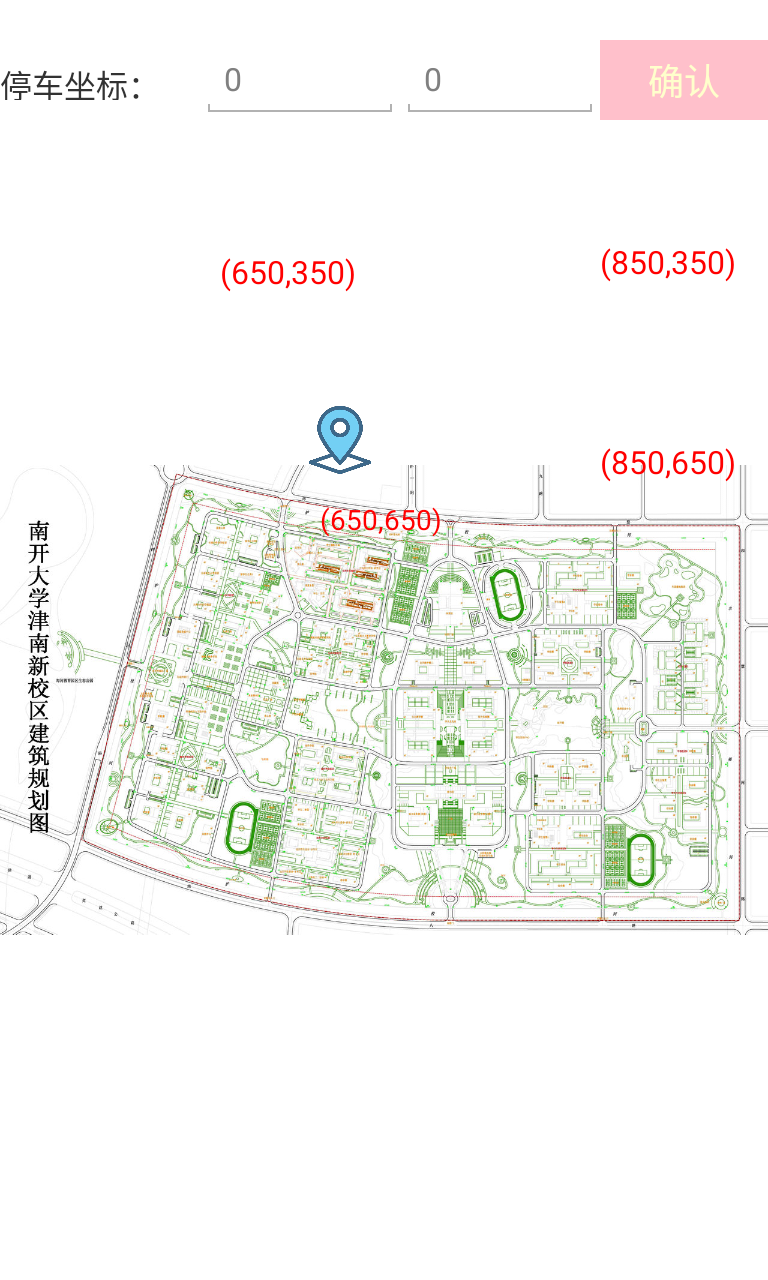
Repository: CovaWang/temporary_embedded
Layout: 7#车联·共享单车/代码/代码/res/layout/compass.xml
An editor plug-in stored every save of this project. The layout is shown before and after the next save, followed by the edit.
It is drawn on a 768 x 1280 px phone screen (xhdpi) without system bars, with theme AppTheme; the app's code is not run.

Above is the layout before, as saved 2024-05-08 11:18:56.

After the next save:
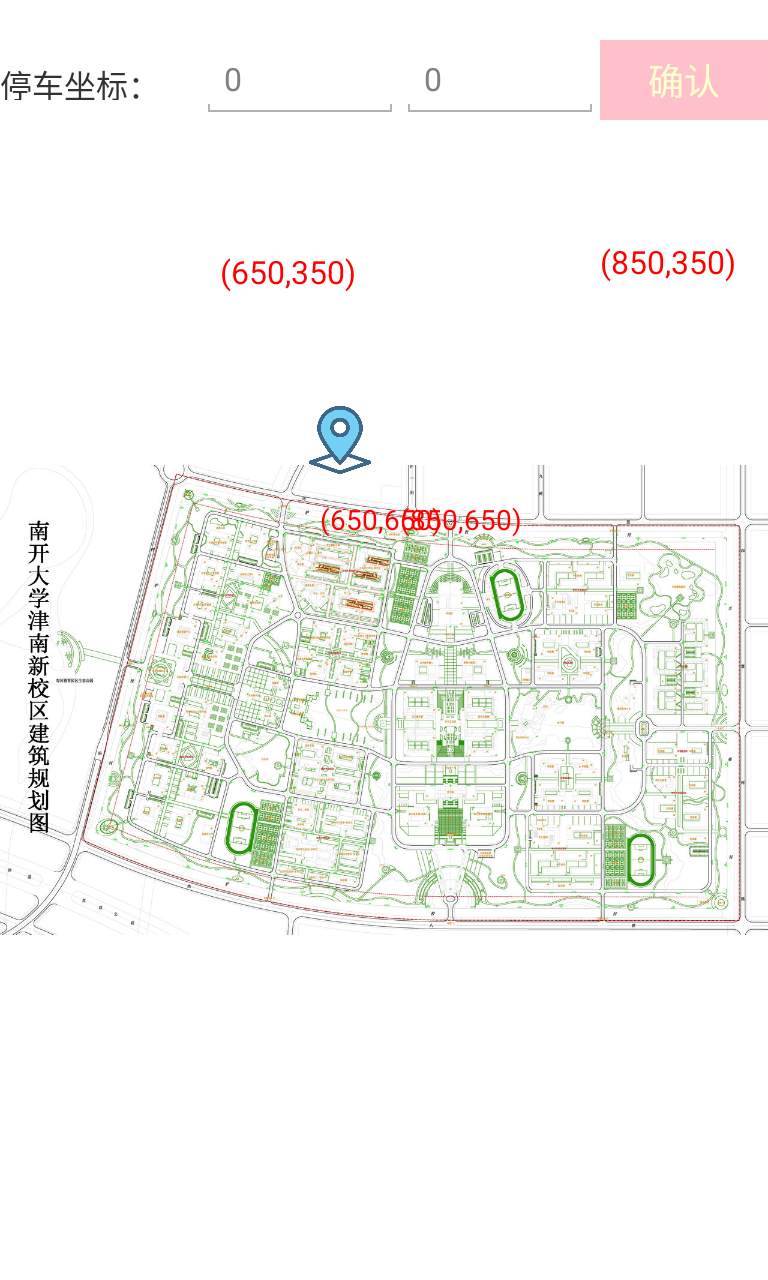
Saved 52 s later.
--- a/7#车联·共享单车/代码/代码/res/layout/compass.xml
+++ b/7#车联·共享单车/代码/代码/res/layout/compass.xml
@@ -81,11 +81,11 @@
          android:layout_width="match_parent"
          android:layout_height="match_parent"
          android:layout_weight="1"
-         android:layout_marginTop='220dp'
-	     android:layout_marginLeft='300dp'
+         android:layout_marginTop='250dp'
+	     android:layout_marginLeft='200dp'
          android:text="(850,650)"
          android:textColor="#FF0000"
-         android:textSize="16dp" />
+         android:textSize="14dp" />
      <!-- 右上点 (525,150)-->
      <TextView
          android:layout_width="match_parent"
